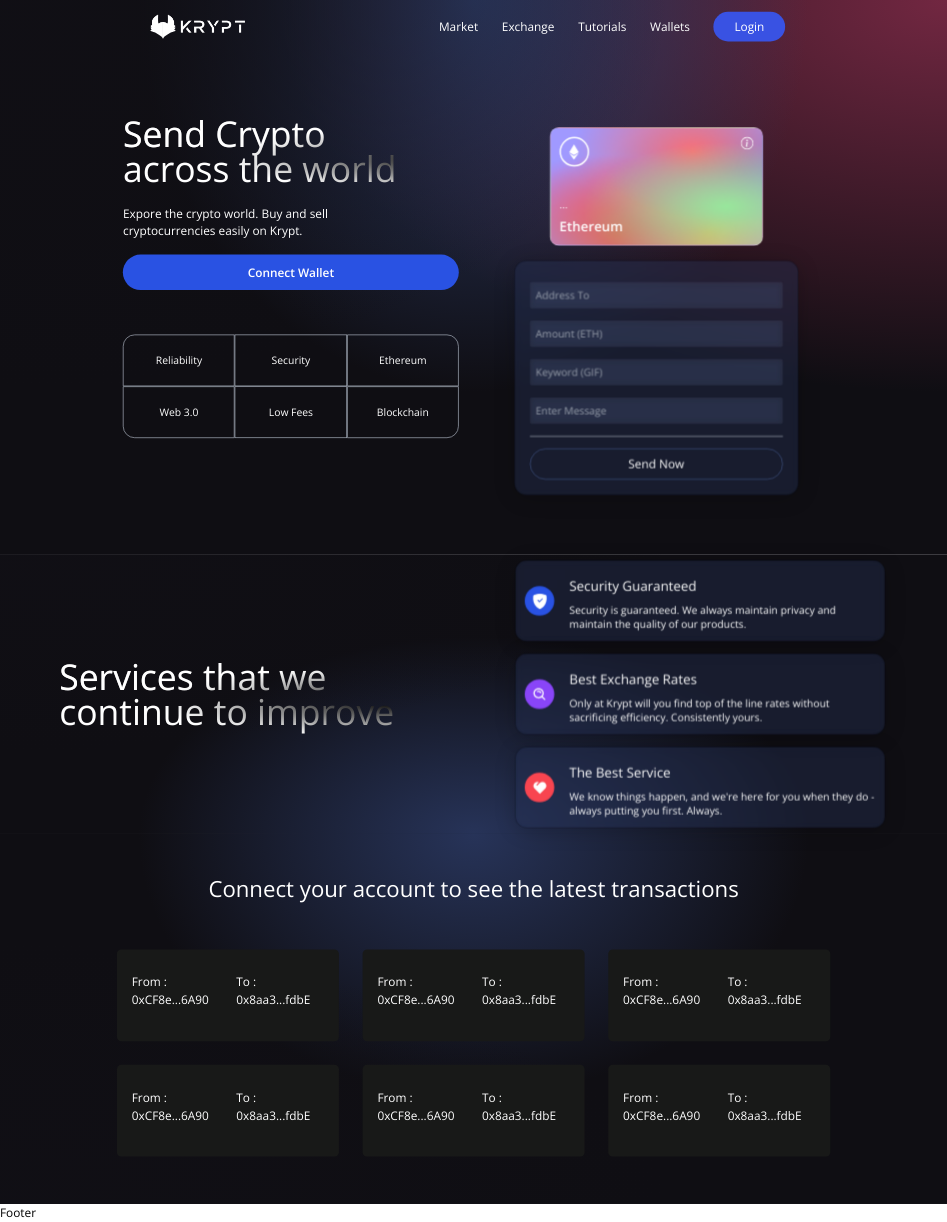
Repository: stephan-chiorean/krypt
Page: / (app in client/)
The author's editor kept a copy of each file at every save. The page is drawn from the files as they stood at one save, then again after the next save.
The browser window is 1280 px wide. The pictures show the whole page, at 74% of full size.
The project was rebuilt for these pictures with package versions that can differ from the ones it lists, and the page was loaded fresh each time. Also part of the build but not shown: client/vite.config.js, client/src/components/Loader.jsx.

Above is the page before, as saved 2023-03-29 21:00:20.

After the next save:
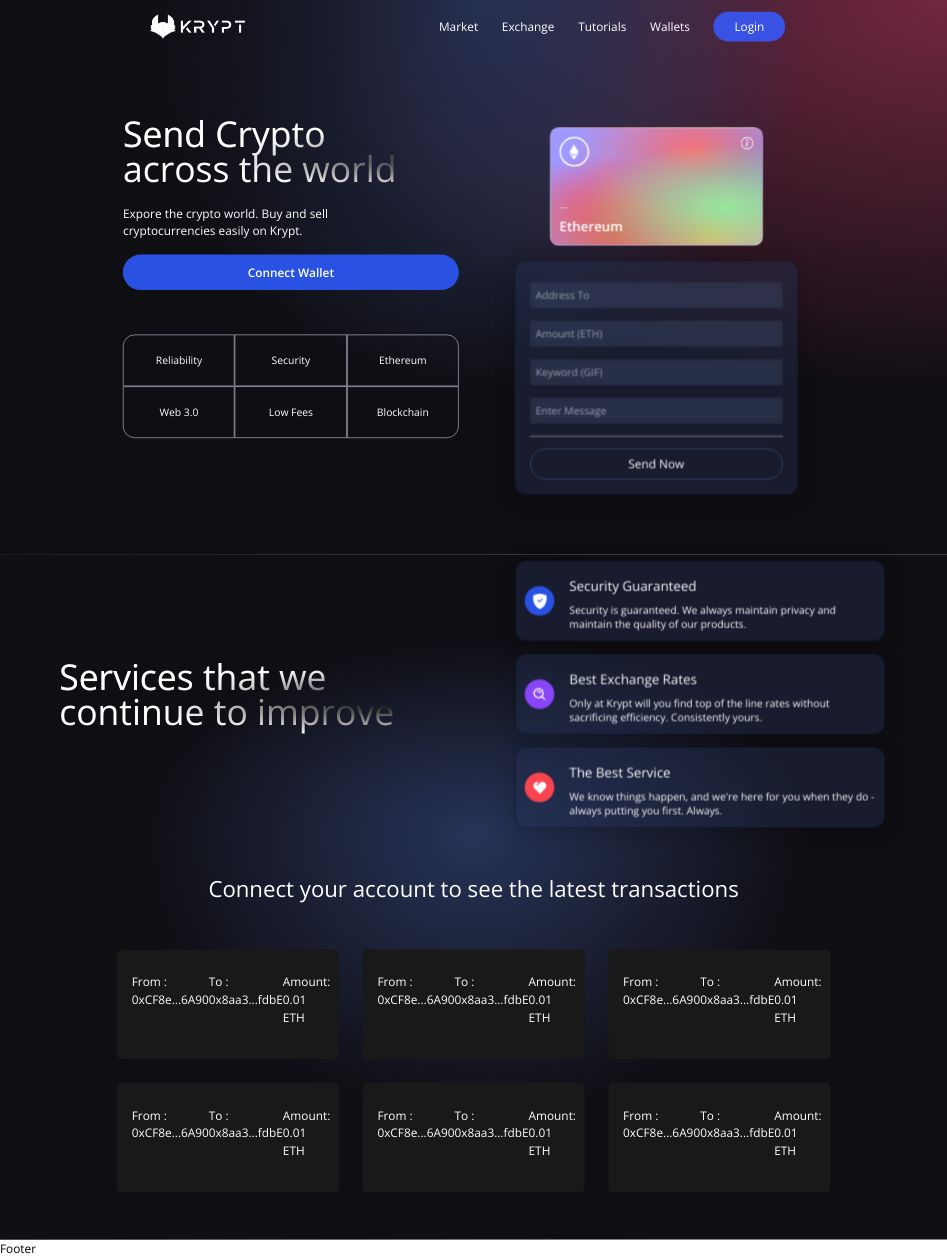
Saved 93 s later.
--- a/client/src/components/Transactions.jsx
+++ b/client/src/components/Transactions.jsx
@@ -13,6 +13,9 @@ const TransactionCard = ({addressTo, addressFrom, timestamp, message, keyword, a
         <a href={`https://sepolia.etherscan.io/address/${addressTo}`} target="_blank" rel="noopener noreferrer">
           <p className="text-white text-base">To : {shortenAddress(addressTo)}</p>
         </a>
+        <p className="text-white text-base">
+          Amount: {amount} ETH
+        </p>
       </div>
     </div>
 
